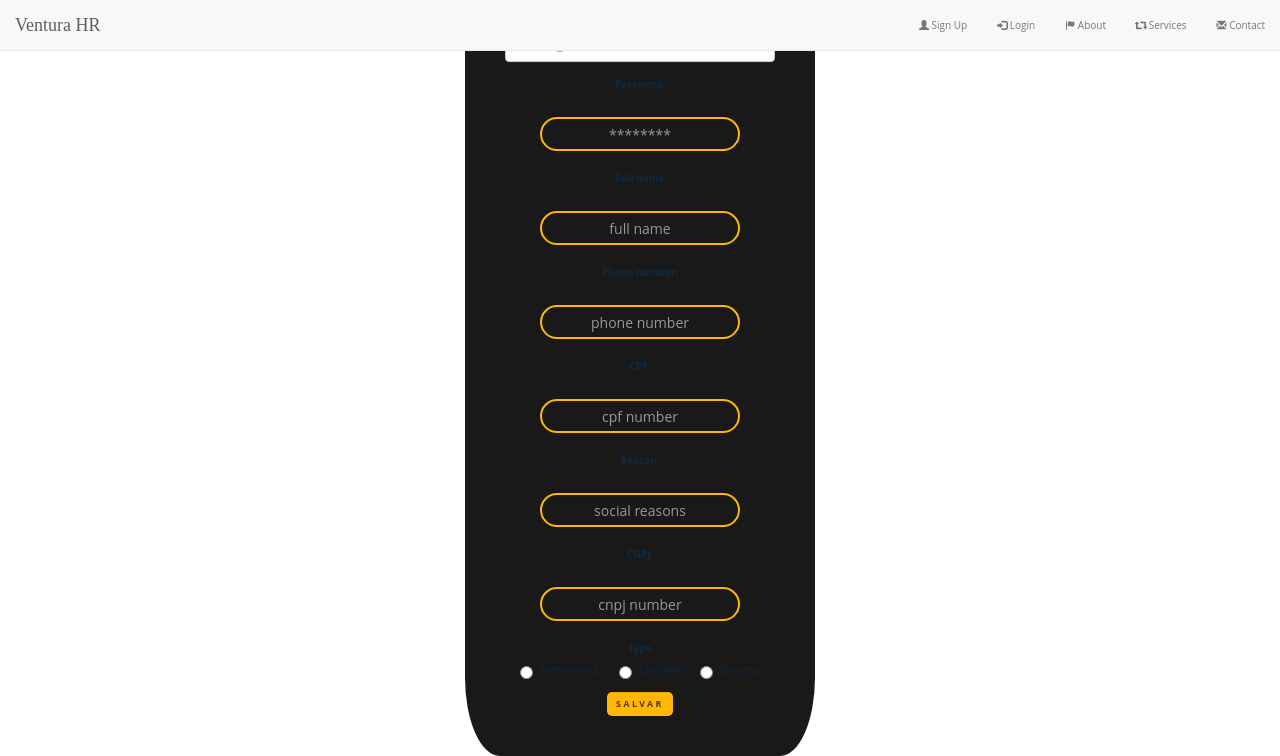
Repository: nmparfait/HumanResources-Ventura
Page: http://localhost/venturaWeb/WEB-INF/jsp/app/cadastro.jsp
An editor plug-in stored every save of this project. The page is shown before and after the next save, followed by the edit.
The browser window is 1280 px wide. The pictures show the whole page.
Some web fonts or font styles are not loaded; a fallback is used. Some web libraries are served in a nearby version. The page is served by Tomcat 9. Nobody is signed in. The template is opened directly, without the code that normally fills it, so the values that code supplies are empty.

Above is the page before, as saved 2021-09-27 16:43:59.

After the next save:
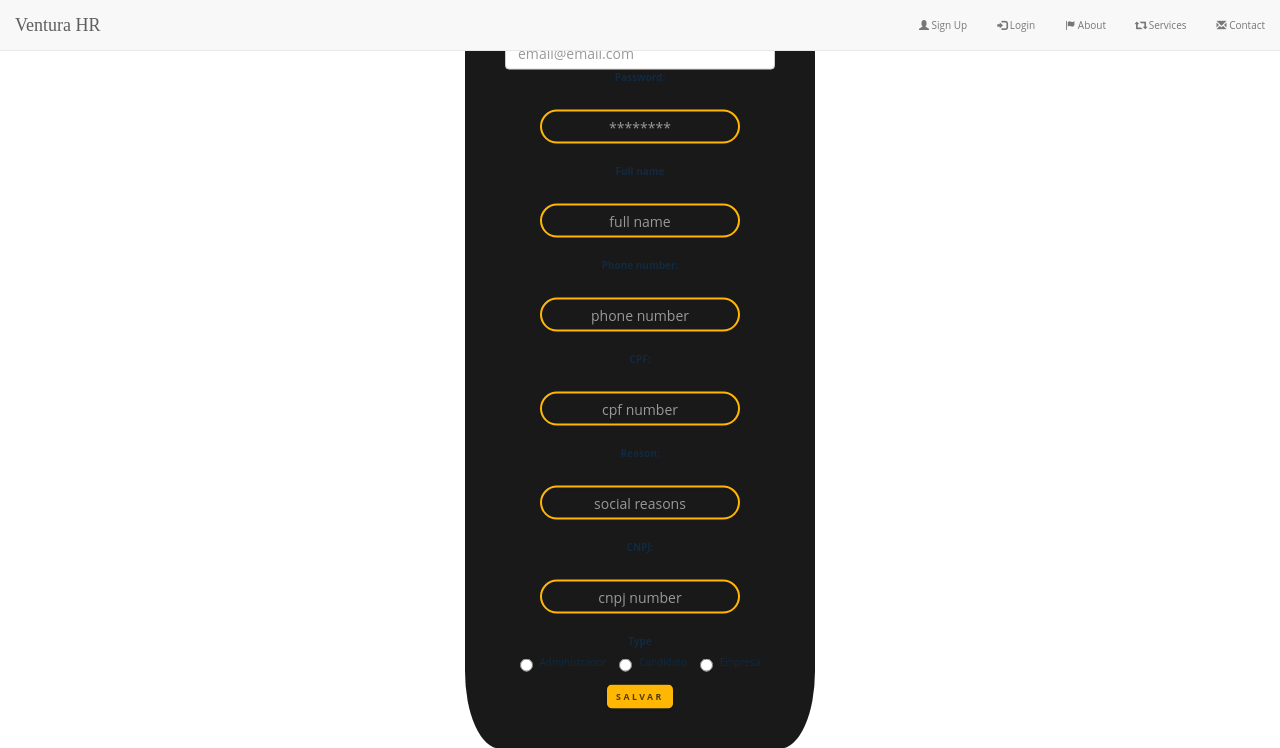
Saved 62 s later.
--- a/venturaWeb/src/main/webapp/WEB-INF/jsp/app/cadastro.jsp
+++ b/venturaWeb/src/main/webapp/WEB-INF/jsp/app/cadastro.jsp
@@ -18,34 +18,33 @@
 		    <h2>Cadastro</h2>
 		    <form class="box" action="/usuario/cadastro" method="post">
 
-		        <div class="form-group">
+
 		            <label>E-mail:</label>
 		            <input type="email" class="form-control" placeholder="email@email.com" name="email">
-		        </div>
-		        <div class="form-group">
+
 		            <label>Password:</label>
 		            <input type="password" class="form-control" placeholder="********" name="senha">
-		        </div>
-		        <div class="form-group">
+
+
 		            <label>Full name</label>
 		            <input type="text" class="form-control" placeholder="full name" name="nomeCompleto">
-		        </div>
-		        <div class="form-group">
+
+
 		            <label>Phone number:</label>
 		            <input type="text" class="form-control" placeholder="phone number" name="telefone">
-		        </div>
-		        <div class="form-group">
+
+
 		            <label>CPF:</label>
 		            <input type="text" class="form-control" placeholder="cpf number" name="cpf">
-		        </div>
-		        <div class="form-group">
+
+
 		            <label>Reason:</label>
 		            <input type="text" class="form-control" placeholder="social reasons" name="razaoSocial">
-		        </div>
-		        <div class="form-group">
+
+
 		            <label>CNPJ:</label>
 		            <input type="text" class="form-control" placeholder="cnpj number" name="cnpj">
-		        </div>
+
 
 		        <div class="form-group">
 		            <label>Type</label><br>
